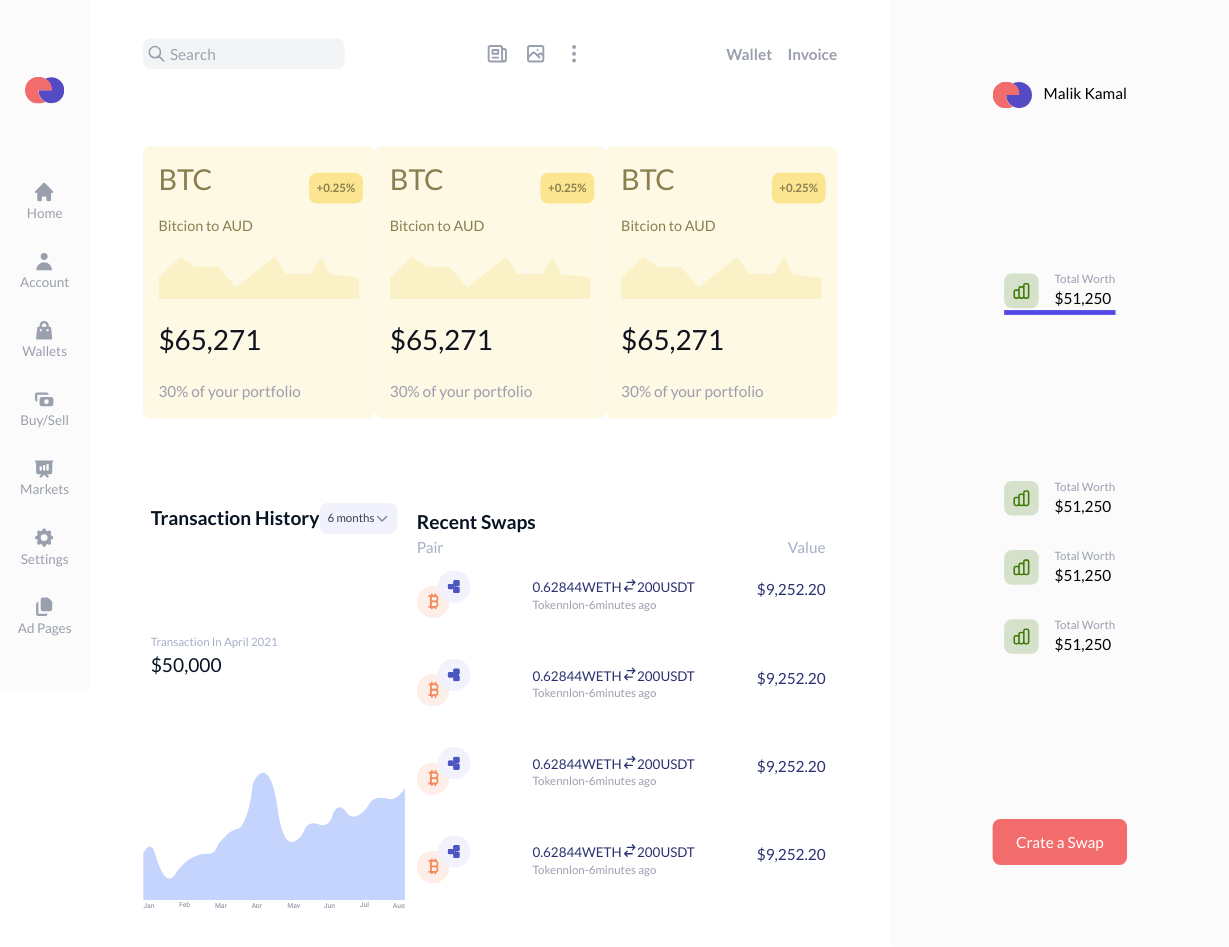
Repository: almaqdad55/crypto-app-nextjs
Page: /
These files come from the project's save history. The page is drawn as it stood at one moment and after the next save; the edit follows.
The browser window is 1280 px wide. The pictures show the whole page, at 96% of full size.
The project was rebuilt for these pictures with package versions that can differ from the ones it lists, and the page was loaded fresh each time. The framework's server and built-in components were replaced by stand-ins that run in the browser.

Above is the page before, as saved 2022-01-04 22:45:46.

After the next save:
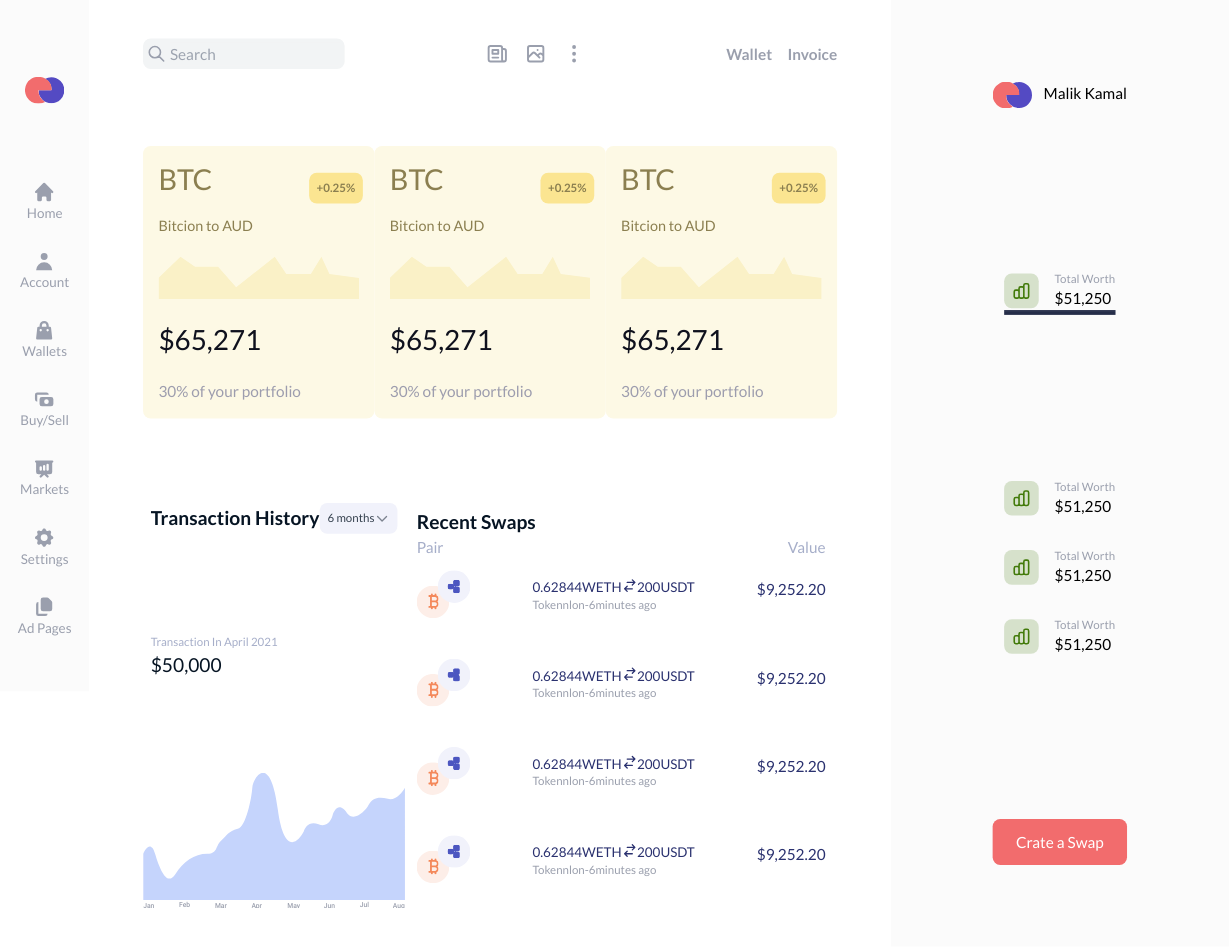
Saved 42 s later.
--- a/components/Widget.jsx
+++ b/components/Widget.jsx
@@ -17,7 +17,7 @@
 
       <div className="">
         <StatsDisplay />
-        <hr className="border-b-4 border-indigo-600  " />
+        <hr className="border-b-4 border-[#252D49]  " />
       </div>
       <div className="flex flex-col space-y-8">
         <StatsDisplay />
